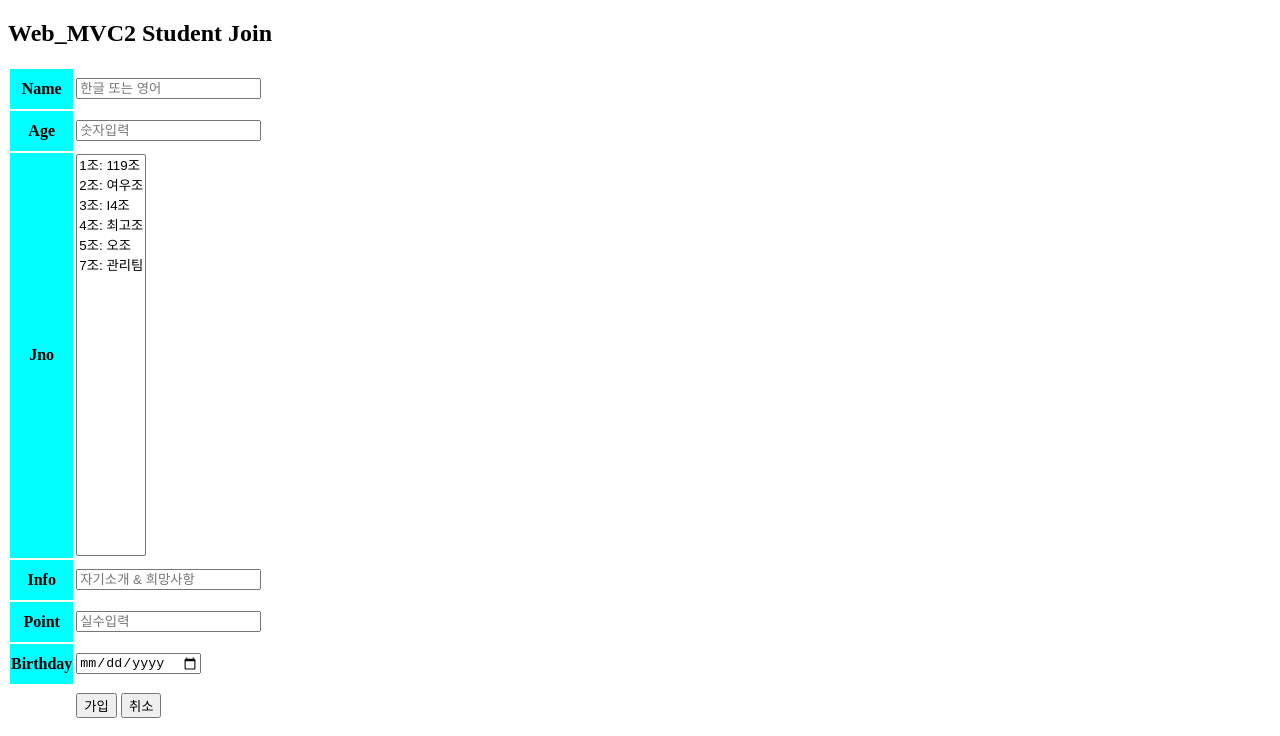
Repository: nameground/Java
Page: http://localhost/Web01/jsp99_mvcTest/mvc2_sJoin.jsp
The author's editor kept a copy of each file at every save. The page is drawn from the files as they stood at one save, then again after the next save.
The browser window is 1280 px wide. The pictures show the whole page.
The page is served by Tomcat 9. Nobody is signed in. The application's start-up code is not run. Other server files are loaded and not shown.

Above is the page before, as saved 2023-10-16 07:42:21.

### mTest/Mywork/Web01/src/main/webapp/jsp99_mvcTest/mvc2_sJoin.jsp
<%@ page language="java" contentType="text/html; charset=UTF-8"
    pageEncoding="UTF-8"%>
<%@ taglib uri="http://java.sun.com/jsp/jstl/core" prefix="c" %>
<!DOCTYPE html>
<html>
<head>
<meta charset="UTF-8">
<title>Web_MVC2 Student Join</title>
</head>
<body>
<h2>Web_MVC2 Student Join</h2>

<form action="">
	<table>
		<tr height="40">
			<th bgcolor="aqua">Name</th>
			<td><input type="text" name="name" placeholder="한글 또는 영어" size="20"></td>
		</tr>
		<tr height="40">
			<th bgcolor="aqua">Age</th>
			<td><input type="text" name="age" placeholder="숫자입력" size="20"></td>
		</tr>
		<tr height="40">
			<th bgcolor="aqua">Jno</th>
			<td>
				<select name="jno" size="20">
					<option value="1">1조: 119조</option>
					<option value="2">2조: 여우조</option>
					<option value="3">3조: I4조</option>
					<option value="4">4조: 최고조</option>
					<option value="5">5조: 오조</option>
					<option value="7">7조: 관리팀</option>
				</select>
			</td>
		</tr>
		<tr height="40">
			<th bgcolor="aqua">Info</th>
			<td><input type="text" name="info" placeholder="자기소개 & 희망사항" size="20"></td>
		</tr>
		<tr height="40">
			<th bgcolor="aqua">Point</th>
			<td><input type="text" name="point" placeholder="실수입력" size="20"></td>
		</tr>
		<tr height="40">
			<th bgcolor="aqua">Birthday</th>
			<td><input type="date" name="birthday" size="20"></td>
		</tr>
		<tr height="40">
			<th></th>
			<td>
				<input type="submit" value="가입">
				<input type="reset" value="취소">
			</td>
		</tr>
	</table>
</form>



</body>
</html>

After the next save:
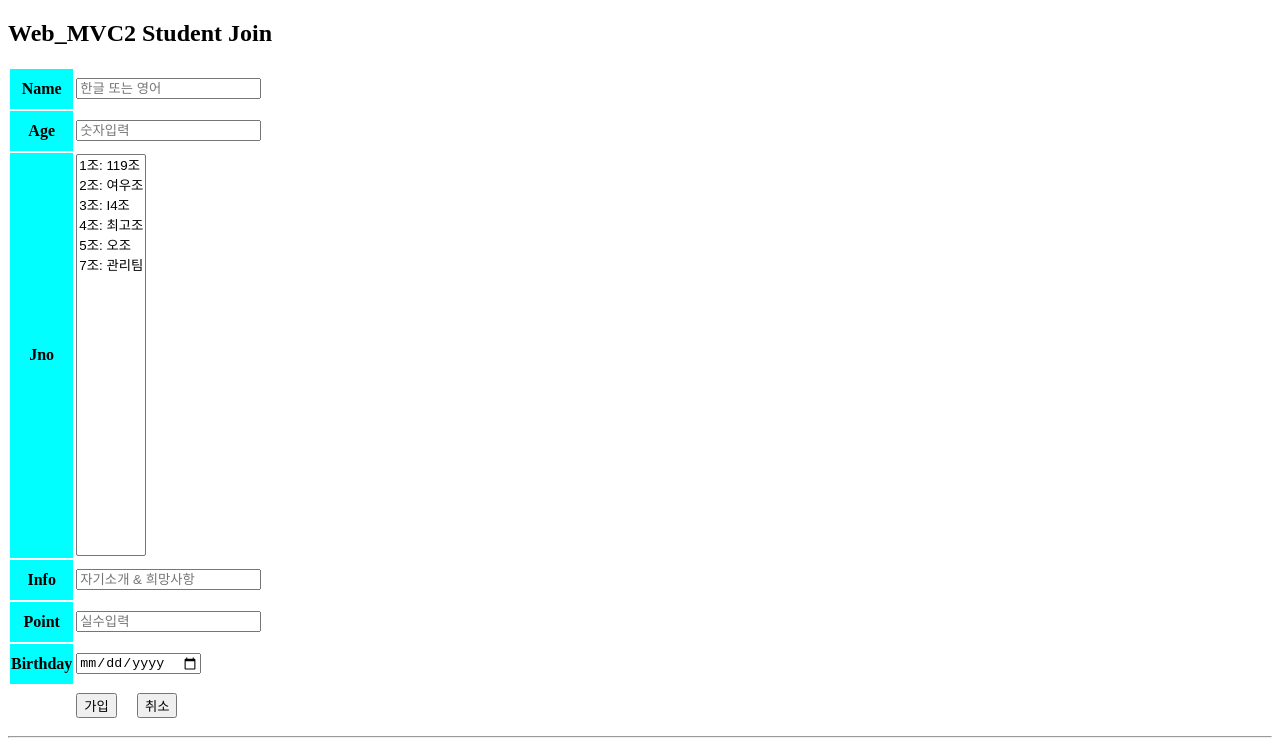
Saved 3 min 12 s later.
--- a/mTest/Mywork/Web01/src/main/webapp/jsp99_mvcTest/mvc2_sJoin.jsp
+++ b/mTest/Mywork/Web01/src/main/webapp/jsp99_mvcTest/mvc2_sJoin.jsp
@@ -10,7 +10,7 @@
 <body>
 <h2>Web_MVC2 Student Join</h2>
 
-<form action="">
+<form action="/Web01/join" method="get">
 	<table>
 		<tr height="40">
 			<th bgcolor="aqua">Name</th>
@@ -48,13 +48,16 @@
 		<tr height="40">
 			<th></th>
 			<td>
-				<input type="submit" value="가입">
+				<input type="submit" value="가입"> &nbsp;&nbsp;&nbsp;
 				<input type="reset" value="취소">
 			</td>
 		</tr>
 	</table>
 </form>
-
+<hr>
+<c:if test="${not empty message}">
+	${message}
+</c:if>
 
 
 </body>
